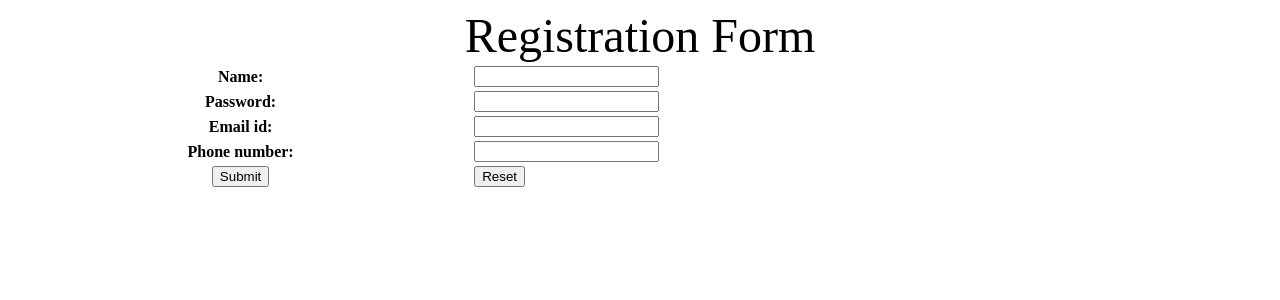
Repository: dharanikaki/adjlab_programs
Page: exp8and9/WebContent/Reg.html
An editor plug-in stored every save of this project. The page is shown before and after the next save, followed by the edit.
The browser window is 1280 px wide. The pictures show the whole page.

Above is the page before, as saved 2021-02-05 17:59:35.

### exp8and9/WebContent/Reg.html
<html>
<head>
<TITLE>USER REGISTRATION PAGE</TITLE>
</head>
<body>
	<center>
		<font size=8> Registration Form </font>
	</center>
	<form action="./Registration.jsp" method="post">
		<table width=100% border=0>
			<tr>
				<th>Name:</th>
				<td><input type="text" name="nametxt"></td>
			</tr>
			<tr>
				<th>Password:</th>
				<td><input type="password" name="passtxt"></td>
			</tr>
			<tr>
				<th>Email id:</th>
				<td><input type="text" name="emailtxt"></td>
			</tr>
			<tr>
				<th>Phone number:</th>
				<td><input type="text" name="phtxt" maxlength=10></td>
			</tr>
			<tr>
				<th><input type="submit" value="Submit"></th>
				<td><input type="reset" value="Reset"></td>
			</tr>
		</table>
	</form>
</body>
</html>

After the next save:
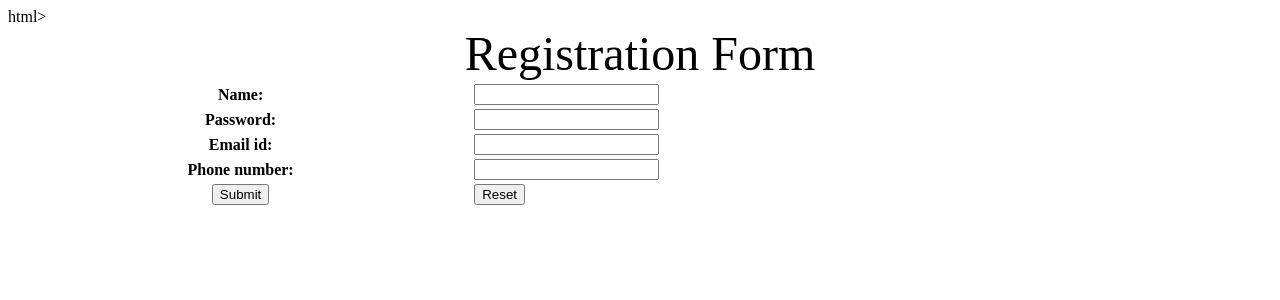
Saved 5 s later.
--- a/exp8and9/WebContent/Reg.html
+++ b/exp8and9/WebContent/Reg.html
@@ -1,4 +1,4 @@
-<html>
+html>
 <head>
 <TITLE>USER REGISTRATION PAGE</TITLE>
 </head>
